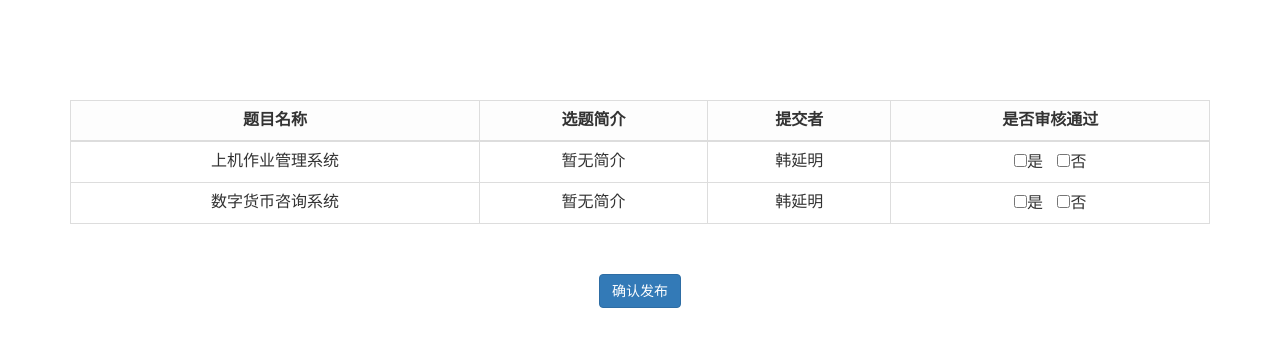
Repository: Kong-T/Practical-training
Page: Administrator/html/topic_admin.html
The author's editor kept a copy of each file at every save. The page is drawn from the files as they stood at one save, then again after the next save.
The browser window is 1280 px wide. The pictures show the whole page.
The page's requests for data from a server got no answer. Some web libraries are served in a nearby version.

Above is the page before, as saved 2020-12-14 18:07:26.

After the next save:
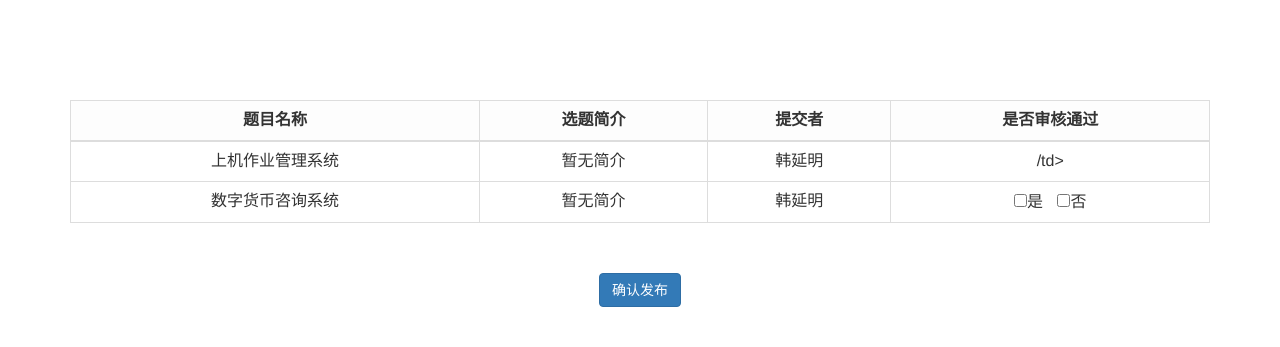
Saved 5 min 11 s later.
--- a/Administrator/html/topic_admin.html
+++ b/Administrator/html/topic_admin.html
@@ -13,7 +13,7 @@
     window.onload = function () {
         // 请求后端数据
         $.ajax({
-            url: "http://localhost:8080/Ad_topic",
+            url: "http://localhost:8080/A_topic",
             type: "post",
             data: name,
             success: function (data) {
@@ -127,8 +127,10 @@
                 <td id=" Topic_title1">上机作业管理系统</td>
                 <td id="Topic_details1">暂无简介</td>
                 <td id="Tutor1">韩延明</td>
-                <td><input type="checkbox">是
-                    <input type="checkbox" style="margin-left: 10px;" name="deny" id="den1"">否</td>
+                <td> <ul class="dropdown-menu">
+                    <li><a href="#">是</a></li>
+                    <li><a href="#">否</a></li>
+                </ul>/td>
             </tr>
             <tr>
 
